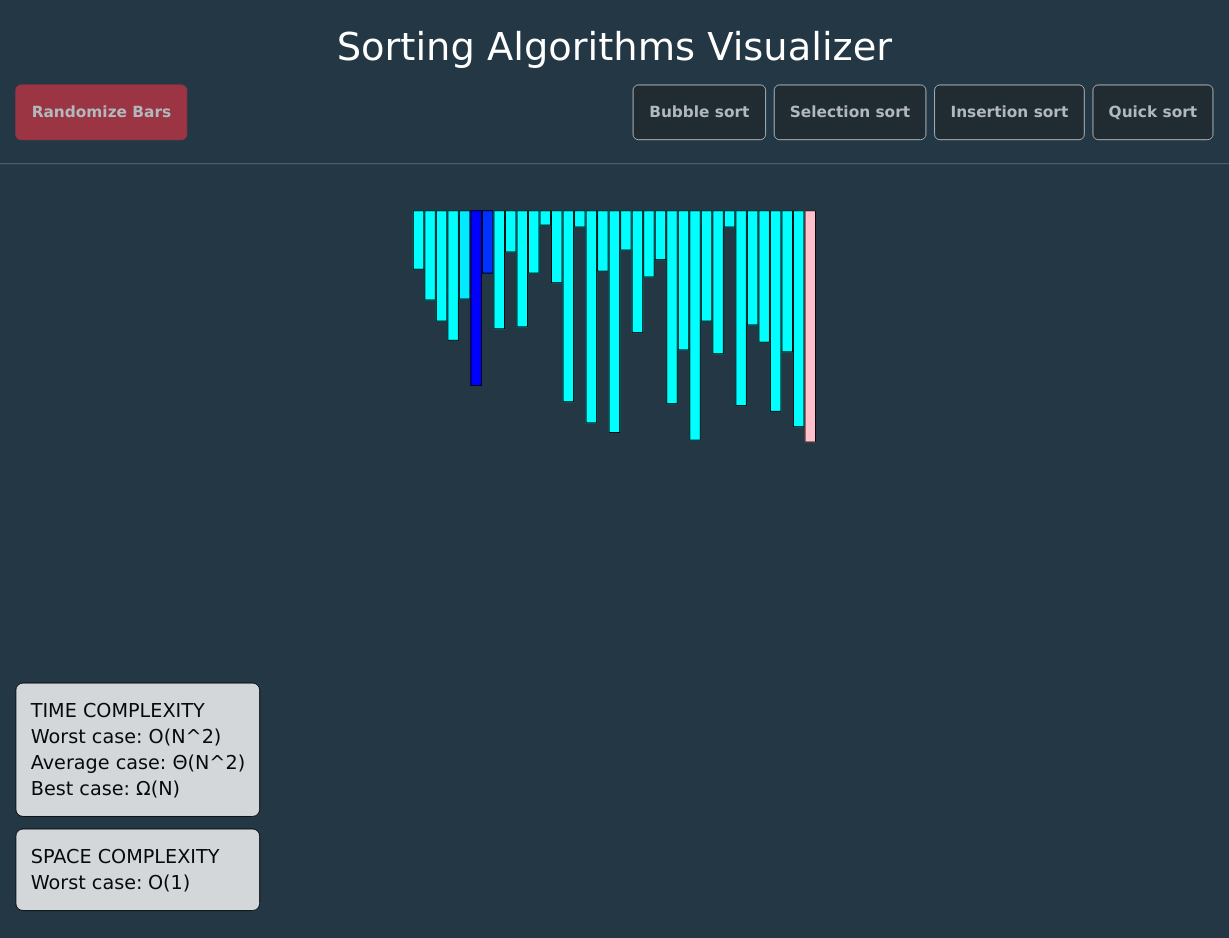
Repository: Vasil1001/Sorting-Algorithms-Visualizer-js
Page: views/index.html
An editor plug-in stored every save of this project. The page is shown before and after the next save, followed by the edit.
The browser window is 1280 px wide. The pictures show the whole page, at 96% of full size.
After loading, the first visible `#bubble_sort` was clicked once.

Above is the page before, as saved 2022-11-04 01:34:19.

### views/index.html
<!doctype html>
<html lang="en">

<head>
  <meta charset="utf-8">
  <meta name="viewport" content="width=device-width, initial-scale=1">

  <title>Sorting Algorithms Visualizer</title>

  <!-- Import css & bootstrap-->
  <link href="https://cdn.jsdelivr.net/npm/bootstrap@5.2.2/dist/css/bootstrap.min.css" rel="stylesheet"
    integrity="sha384-Zenh87qX5JnK2Jl0vWa8Ck2rdkQ2Bzep5IDxbcnCeuOxjzrPF/et3URy9Bv1WTRi" crossorigin="anonymous">
  <link rel="stylesheet" href="/css/base.css">

</head>

<body>

  <h1 align="center" class="mt-4">Sorting Algorithms Visualizer</h1>

  <nav class="navbar navbar-expand-lg">

    <div class="container-fluid">
      <button type="button" class="btn btn-danger mx-1 p-3 " id="new_array" style="color: white;"><b>Randomize Bars </b>
      </button>
      <ul class="navbar-nav">
        <li class="nav-item">
          <button type="button" class="btn btn-dark border-light mx-1 p-3 " id="bubble_sort"
            style="color: white;"><b>Bubble sort</b> </button>
        </li>
        <li class="nav-item">
          <button type="button" class="btn btn-dark border-light mx-1 p-3 " id="selection_sort"
            style="color: rgb(255, 255, 255);">
            <b>Selection sort</b></button>
        </li>
        <li class="nav-item">
          <button type="button" class="btn btn-dark border-light mx-1 p-3 " id="insertion_sort" style="color: white;">
            <b>Insertion sort</b></button>
        </li>
        <li class="nav-item">
          <button type="button" class="btn btn-dark border-light mx-1 p-3 " id="quick_sort" style="color: white;">
            <b>Quick sort</b></button>
        </li>

      </ul>
    </div>
  </nav>

  <hr style="color: white;">

  <h3 align="center" class="mt-4" id="algorithm_running"></h1>

  <div id="bars" class="bars flex-container p-4"></div>

  <div id="boxes">

    <div id="leftbox">
      <div id="box1">
        <h5>TIME COMPLEXITY</h5>
        <div>
          <h5>Worst case: </h5>
          <h5 id="worst_time"></h5>
        </div>
        <div>
          <h5>Average case: </h5>
          <h5 id="average_time"></h5>
        </div>
        <div>
          <h5>Best case: </h5>
          <h5 id="best_time"></h5>
        </div>

      </div>

      <div id="box2">

        <h5>SPACE COMPLEXITY</h5>
        <div>
          <h5>Worst case:</h5>
          <h5 id="space_complexity"></h5>
        </div>
      </div>
    </div>

  </div>


  <!-- Import css & bootstrap-->
  <script src="https://cdn.jsdelivr.net/npm/bootstrap@5.2.2/dist/js/bootstrap.bundle.min.js"
    integrity="sha384-OERcA2EqjJCMA+/3y+gxIOqMEjwtxJY7qPCqsdltbNJuaOe923+mo//f6V8Qbsw3"
    crossorigin="anonymous"></script>

  <script src="/sort_algos_js_files/index.js"></script>

  <script src="/sort_algos_js_files/bubble.js"></script>
  <script src="/sort_algos_js_files/selection.js"></script>
  <script src="/sort_algos_js_files/insertion.js"></script>
  <script src="/sort_algos_js_files/quicksort.js"></script>


</body>

</html>

### css/base.css
body {
    background-color: rgb(35, 55, 68);
    color:white;
    font-size: 18px;
    font-family: 'Lucida Sans', 'Lucida Sans Regular', 'Lucida Grande', 'Lucida Sans Unicode', Geneva, Verdana, sans-serif;
}

.flex-container{
    margin-top: 1px;
    display: flex;
    flex-wrap: nowrap;
    justify-content: center;
    transition: 1.5s all ease;
    width: 100%;
    height: 500px;

}

/* STYLING FOR THE BARS */
.flex-item{
    background: rgb(0, 255, 251);
    border: 1pt solid black;
    width: 12px;
    transition: 0.1s all ease;
}

#leftbox {
    float:left;
    color: black;
    padding: 16px;
}

#box1, #box2 {
    background:white;
    opacity: 0.8;
    border: 1pt solid black;
    border-radius: 8px;
    padding: 15px;
    margin-bottom: 12px;
}

h5 {
    display: inline;
}

### sort_algos_js_files/index.js
let random_array_100 = [];
createBarArray();

function createBarArray() {
    // replace array
    deletePreviousArray()

    // Array to store randomly generated numbers
    random_array_100 = [];
    var numberOfBars = 0;
    let l = 35;

    // get a random number and add it to the array until there are 100 in array
    for (numberOfBars = 0; numberOfBars < l; numberOfBars++) {
        random_array_100.push(Math.round(Math.random() * l * 3.5));
    }
    // print 100 random numbers of the array
    console.log(random_array_100);


    // select the div #bars element
    const bars = document.querySelector("#bars");
    // make bars with height from random array numbers
    for (let i = 0; i < random_array_100.length; i++) {
        // create div bar for each number in the array
        const bar = document.createElement("div");
        bar.style.height = `${random_array_100[i] * 2}px`;
        bar.classList.add('bar');
        bar.classList.add('flex-item');
        bar.classList.add(`barNo${i}`);
        bars.appendChild(bar);
    }
}

function deletePreviousArray() {
    const bar = document.querySelector("#bars");
    bar.innerHTML = '';
}

document.getElementById("new_array").addEventListener("click", function () {
    createBarArray();
});

function swap(element1, element2) {
    //https://www.geeksforgeeks.org/bubble-sort/
    let temp = element1.style.height;
    element1.style.height = element2.style.height;
    element2.style.height = temp;
}

// disable all the buttons or if button is pressed again algo will bug out
function disableButtonsOnSortRun() {
    document.getElementById("new_array").disabled = true;

    document.getElementById("bubble_sort").disabled = true;
    document.getElementById("selection_sort").disabled = true;
    document.getElementById("insertion_sort").disabled = true;
    document.getElementById("quick_sort").disabled = true;
}

function enableButtonsAfterSortRun() {
    document.getElementById("new_array").disabled = false;

    document.getElementById("bubble_sort").disabled = false;
    document.getElementById("selection_sort").disabled = false;
    document.getElementById("insertion_sort").disabled = false;
    document.getElementById("quick_sort").disabled = false;
}

### sort_algos_js_files/bubble.js
async function bubbleSort() {

    // Algo name
    document.getElementById("worst_time").innerText = "O(N^2)";

    //Setting Time complexities
    document.getElementById("worst_time").innerText = "O(N^2)";
    document.getElementById("average_time").innerText = "Θ(N^2)";
    document.getElementById("best_time").innerText = "Ω(N)";

    //Setting Space complexity
    document.getElementById("space_complexity").innerText = "O(1)";

    console.log('bubble sort clicked');
    // get the bars from index
    const barsArray = document.querySelectorAll(".bar");

    for (let i = 0; i < barsArray.length - 1; i++) {
        console.log("In first i loop");

        for (j = 0; j < barsArray.length - i - 1; j++) {
            console.log("In j loop");
            barsArray[j].style.background = 'blue';
            barsArray[j + 1].style.background = 'blue';

            if (parseInt(barsArray[j].style.height) > parseInt(barsArray[j + 1].style.height)) {
                console.log("If barsArray 1 > barsArray 2 swap them");
                await new Promise(r => setTimeout(r, 50));
                swap(barsArray[j], barsArray[j + 1]);
            }
            barsArray[j].style.background = 'cyan';
            barsArray[j + 1].style.background = 'cyan';
        }
        barsArray[barsArray.length - 1 - i].style.background = 'pink';
    }
    barsArray[0].style.background = 'pink';
}


document.getElementById("bubble_sort").addEventListener("click", async function () {
    disableButtonsOnSortRun();
    await bubbleSort();
    enableButtonsAfterSortRun();

});

### sort_algos_js_files/selection.js
async function selectionSort() {

    //Setting Time complexities
    document.getElementById("worst_time").innerText = "O(N^2)";
    document.getElementById("average_time").innerText = "Θ(N^2)";
    document.getElementById("best_time").innerText = "Ω(N^2)";

    //Setting Space complexity
    document.getElementById("space_complexity").innerText = "O(1)";

    console.log('bubble sort clicked');
    // get the bars from index
    const barsArray = document.querySelectorAll(".bar");

    // One by one move boundary of unsorted subarray
    for (let i = 0; i < barsArray.length; i++) {
        console.log("In first i loop");
        // Find the minimum barsArray in unsorted array
        let min_idx = i;
        //mark the smallest height in blue bar
        barsArray[i].style.background = 'blue';

        for (let j = i + 1; j < barsArray.length; j++) {
            console.log("In j loop");
            // Change color for the current comparision (in consideration for min_index)
            barsArray[j].style.background = 'red';

            await new Promise(r => setTimeout(r, 50));
            if (parseInt(barsArray[j].style.height) < parseInt(barsArray[min_idx].style.height)) {
                console.log("If barsArray 1 < current smallest barsArray change current smalest");
                if (min_idx !== i) {
                    //  there is a new minimum so change last to normal cyan
                    barsArray[min_idx].style.background = 'cyan';
                }
                min_idx = j;
            }
            else {
                barsArray[j].style.background = 'cyan';
            }
        }
        await new Promise(r => setTimeout(r, 50));
        swap(barsArray[min_idx], barsArray[i]);

        // color mid index blue after reset as it has been swapped
        barsArray[min_idx].style.background = 'cyan';

        // change the sorted bar color to green
        barsArray[i].style.background = 'green';
    }
}


document.getElementById("selection_sort").addEventListener("click", async function () {
    disableButtonsOnSortRun();
    await selectionSort();
    enableButtonsAfterSortRun();

});

### sort_algos_js_files/insertion.js
async function insertionSort() {

    //Setting Time complexities
    document.getElementById("worst_time").innerText = "O(N^2)";
    document.getElementById("average_time").innerText = "Θ(N^2)";
    document.getElementById("best_time").innerText = "Ω(N)";

    //Setting Space complexity
    document.getElementById("space_complexity").innerText = "O(1)";

    console.log('insertion sort clicked');

    // get the bars from index
    const barsArray = document.querySelectorAll(".bar");
    barsArray[0].style.background = 'green';

    for (let i = 1; i < barsArray.length; i++) {
        console.log("In first i loop");

        let key = barsArray[i].style.height;
        let j = i - 1;

        barsArray[i].style.background = 'blue';

        await new Promise(r => setTimeout(r, 50));

        while (j >= 0 && (parseInt(barsArray[j].style.height) > parseInt(key))) {
            console.log("In j loop");
            barsArray[j].style.background = 'blue';
            barsArray[j + 1].style.height = barsArray[j].style.height;
            j--;

            await new Promise(r => setTimeout(r, 50));

            // color sorted side
            for (let k = i; k >= 0; k--) {
                barsArray[k].style.background = 'yellow';
            }
        }
        barsArray[j + 1].style.height = key;
        barsArray[i].style.background = 'yellow';

    }
}


document.getElementById("insertion_sort").addEventListener("click", async function () {
    disableButtonsOnSortRun();
    await insertionSort();
    enableButtonsAfterSortRun();

});

### sort_algos_js_files/quicksort.js
async function quickSort() {

    //Setting Time complexities
    document.getElementById("worst_time").innerText = "O(N^2)";
    document.getElementById("average_time").innerText = "Θ(N log N)";
    document.getElementById("best_time").innerText = "Ω(N log N)";

    //Setting Space complexity
    document.getElementById("space_complexity").innerText = "O(log N)";


    console.log('quicksort clicked');
    // get the bars from index
    const barsArray = document.querySelectorAll(".bar");
    barsArray[0].style.background = 'green';

    let pivot = barsArray
    for (let i = 1; i < barsArray.length; i++) {
        console.log("In first i loop");

        let key = barsArray[i].style.height;
        let j = i - 1;

        barsArray[i].style.background = 'blue';

        await new Promise(r => setTimeout(r, 50));

        while (j >= 0 && (parseInt(barsArray[j].style.height) > parseInt(key))) {
            console.log("In j loop");
            barsArray[j].style.background = 'blue';
            barsArray[j + 1].style.height = barsArray[j].style.height;
            j--;

            await new Promise(r => setTimeout(r, 50));

            // color sorted side
            for (let k = i; k >= 0; k--) {
                barsArray[k].style.background = 'yellow';
            }
        }
        barsArray[j + 1].style.height = key;
        barsArray[i].style.background = 'yellow';

    }
}

async function partition(barsArray, low, high) {
    let i = (low - 1);

    barsArray[high].style.background = 'red';

    for (let j = low; j <= high - 1; j++) {
        barsArray[j].style.background = 'yellow';

        await new Promise(r => setTimeout(r, 50));

        if (parseInt(barsArray[j].style.height) < parseInt(barsArray[high].style.height)) {
            i++;
            swap(barsArray[i], barsArray[j]);

            barsArray[i].style.background = 'orange';
            await new Promise(r => setTimeout(r, 50));
        } else {
            // color if not less than pivot
            barsArray[j].style.background = 'blue';
        }
    }
    i++;
    await new Promise(r => setTimeout(r, 50));
    swap(barsArray[i], barsArray[high])

    barsArray[high].style.background = 'blue';
    barsArray[low].style.background = 'green';

    await new Promise(r => setTimeout(r, 50));

    // color
    for (let k = 0; k < barsArray.length; k++) {
        if (barsArray[k].style.background != 'green')
            barsArray[k].style.background = 'green';
    }
    return i;
}

async function quickSort(barsArray, low, high) {
    if (low < high) {
        let pivot_index = await partition(barsArray, low, high);
        await quickSort(barsArray, low, pivot_index - 1);
        await quickSort(barsArray, pivot_index + 1, high);
    } else {
        if (low >= 0 && high >= 0 && low < barsArray.length && high < barsArray.length) {
            barsArray[high].style.background = 'green';
            barsArray[low].style.background = 'green';
        }
    }
}

document.getElementById("quick_sort").addEventListener("click", async function () {
    let barsArray = document.querySelectorAll('.bar');
    let low = 0;
    let high = barsArray.length - 1;

    disableButtonsOnSortRun();
    await quickSort(barsArray, low, high);
    enableButtonsAfterSortRun();
});

After the next save:
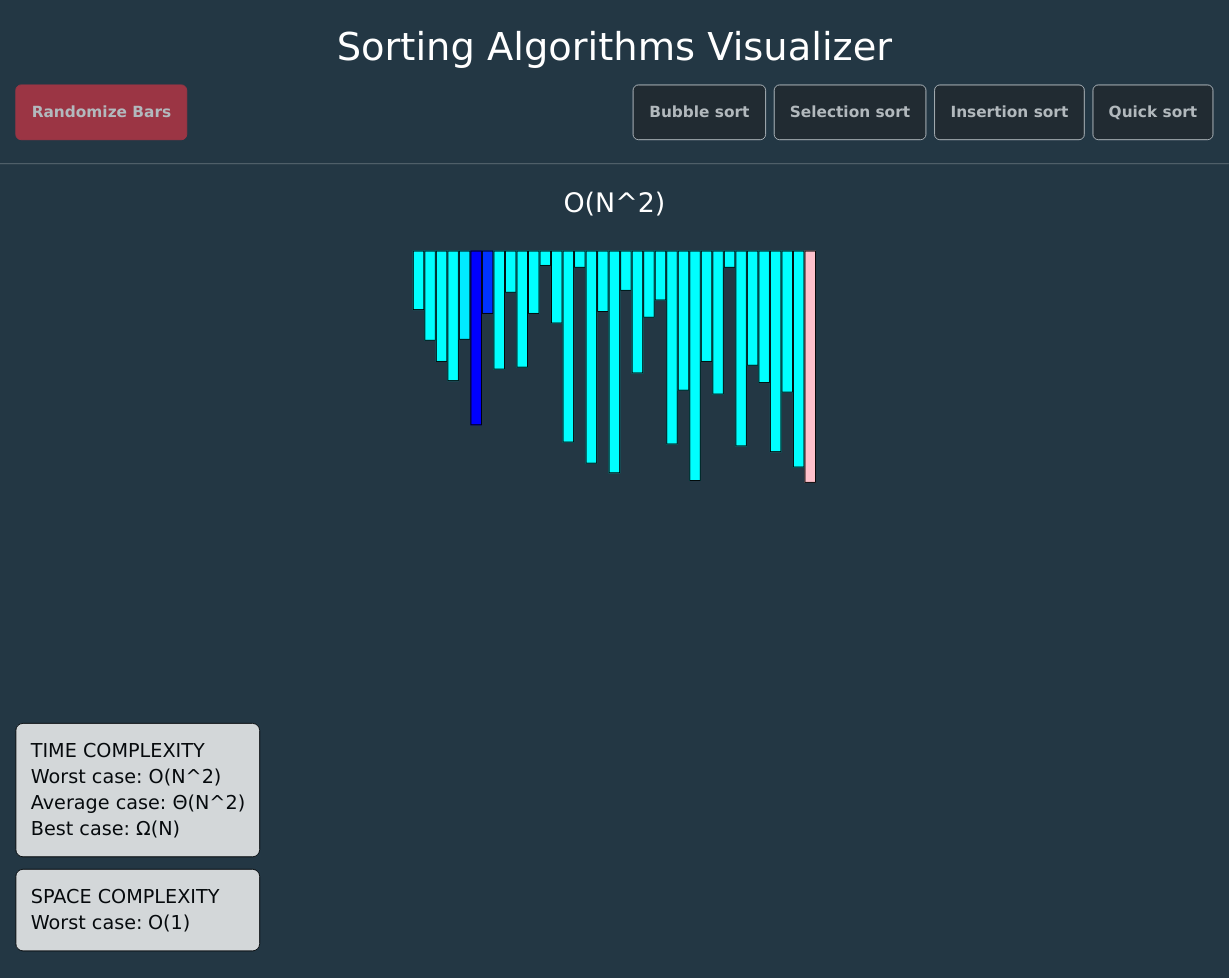
Saved 15 s later.
--- a/sort_algos_js_files/bubble.js
+++ b/sort_algos_js_files/bubble.js
@@ -1,7 +1,7 @@
 async function bubbleSort() {
 
     // Algo name
-    document.getElementById("worst_time").innerText = "O(N^2)";
+    document.getElementById("algorithm_running").innerText = "O(N^2)";
 
     //Setting Time complexities
     document.getElementById("worst_time").innerText = "O(N^2)";
